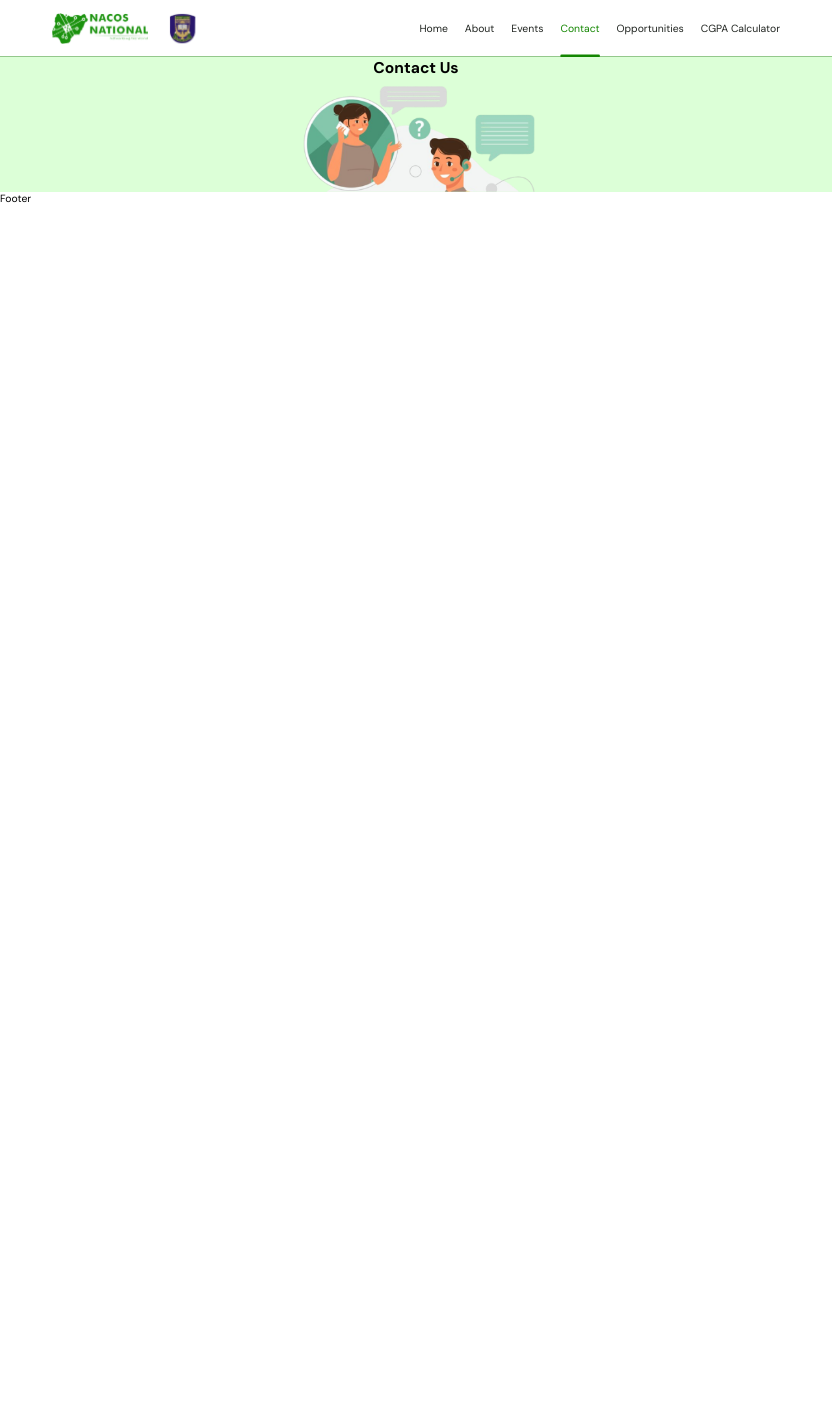
Repository: nacossuil/Uil-Nacos-Web
Page: /contact (app in frontend/)
An editor plug-in stored every save of this project. The page is shown before and after the next save, followed by the edit.
The browser window is 1280 px wide. The pictures show the whole page, at 65% of full size.
The project was rebuilt for these pictures with package versions that can differ from the ones it lists, and the page was loaded fresh each time. Also part of the build but not shown: frontend/vite.config.js, frontend/src/pages/Home/HomePage.jsx, frontend/src/pages/About/AboutPage.jsx, frontend/src/pages/Events/EventsPage.jsx, frontend/src/pages/Opportunities/OpportunitiesPage.jsx, frontend/src/pages/CgpaCalculator/CgpaCalculatorPage.jsx.

Above is the page before, as saved 2023-11-13 23:36:19.

### frontend/index.html
<!doctype html>
<html lang="en">

<head>
  <meta charset="UTF-8" />
  <link rel="icon" type="image/svg+xml" href="./src/assets/nacos-logo.svg" />
  <meta name="viewport" content="width=device-width, initial-scale=1.0" />
  <title>Vite + React</title>
</head>

<body>
  <div id="root"></div>
  <script type="module" src="/src/main.jsx"></script>
</body>

</html>

### frontend/src/App.jsx
import { useState } from "react";
import "./App.css";
import Navbar from "./components/Navbar/Navbar";
import { Routes, Route } from "react-router-dom";
import HomePage from "./pages/Home/HomePage";
import ContactPage from "./pages/Contact/ContactPage";
import Footer from "./components/Footer/Footer";
import AboutPage from "./pages/About/AboutPage";
import EventsPage from "./pages/Events/EventsPage";
import OpportunitiesPage from "./pages/Opportunities/OpportunitiesPage";
import CgpaCalculatorPage from "./pages/CgpaCalculator/CgpaCalculatorPage";
import ScrollToTop from "./assets/up-arrow-icon.svg?react";
function App() {
  const [scrollToTopVisible, setScrollToTopVisible] = useState(false);

  const toggleVisible = () => {
    const scrolled = document.documentElement.scrollTop;
    if (scrolled > 300) {
      setScrollToTopVisible(true);
    } else if (scrolled <= 300) {
      setScrollToTopVisible(false);
    }
  };

  const scrollToTop = () => {
    window.scrollTo({
      top: 0,
      behavior: "smooth",
    });
  };
  window.addEventListener("scroll", toggleVisible);
  return (
    <main>
      <Navbar />
      <Routes>
        <Route path="/" element={<HomePage />} />
        <Route path="/about" element={<AboutPage />} />
        <Route path="/events" element={<EventsPage />} />
        <Route path="/contact" element={<ContactPage />} />
        <Route path="/opportunities" element={<OpportunitiesPage />} />
        <Route path="/calculator" element={<CgpaCalculatorPage />} />
      </Routes>
      <Footer />
      {scrollToTopVisible ? (
        <div
          className="scroll-to-top-icon"
          onClick={() => {
            scrollToTop();
          }}
        >
          <ScrollToTop />
        </div>
      ) : null}
    </main>
  );
}

export default App;

### frontend/src/index.css
@import url('https://fonts.googleapis.com/css2?family=DM+Sans:opsz,wght@9..40,300;9..40,400;9..40,500;9..40,600;9..40,700&family=Mulish:wght@200;300;400;500;600;700&display=swap');
:root {
  font-size: 16px;
}
*{
  box-sizing: border-box;
  margin: 0;
  padding: 0;
}
body {
  margin: 0;
}

### frontend/src/App.css
@import url('https://fonts.googleapis.com/css2?family=DM+Sans&display=swap');

body {
  font-family: 'DM Sans', sans-serif;
}

main {
  position: relative;
  min-height: 300vh;
}

.scroll-to-top-icon {
  position: fixed;
  bottom: 16.1875rem;
  right: 6.25rem;
}

### frontend/src/components/Navbar/Navbar.jsx
import { useState } from "react";
import "./Navbar.css";
import { NavLink, Link } from "react-router-dom";

const Navbar = () => {
  // An array which contains link objects.
  // This makes it easier to add/remove links without having to tamper with existing markup
  const links = [
    {
      title: "Home",
      path: "/",
    },
    {
      title: "About",
      path: "/about",
    },
    {
      title: "Events",
      path: "/events",
    },
    {
      title: "Contact",
      path: "/contact",
    },
    {
      title: "Opportunities",
      path: "/Opportunities",
    },
    {
      title: "CGPA Calculator",
      path: "/calculator",
    },
  ];
  //state to keep track of the scroll position.
  const [scrolled, setScrolled] = useState(false);

  // function to toggle state when scrolled
  const toggle = () => {
    if (window.scrollY > 40) {
      setScrolled(true);
    } else {
      setScrolled(false);
    }
  };
  window.addEventListener("scroll", toggle);

  return (
    <header className={scrolled ? "scrolled" : ""}>
      <Link to={"/"}>
        <div>
          <img src="/src/assets/nacos-logo.svg" alt="" />
          <img src="/src/assets/unilorin-logo.svg" alt="" />
        </div>
      </Link>
      <nav>
        {/* Mapping over the links array and generating individual links
        The key for each link is it's title  */}
        {links.map((link) => (
          <NavLink to={link.path} key={link.title} end>
            {link.title}
          </NavLink>
        ))}
      </nav>
    </header>
  );
};

export default Navbar;

### frontend/src/pages/Contact/ContactPage.jsx
import './ContactPage.css'
import Img from '../../assets/customer-support.png'

const ContactPage = () => {
  return (
    <section className="c-wrapper">
      <div className="c-container">
        <div className="first">
          <div className="c-heading">
            <h1>Contact Us</h1>
          </div>
          <div className="image-container">
            <img src={Img} alt="bgImg" />
          </div>
        </div>
      </div>
    </section>
  )
}

export default ContactPage

### frontend/src/components/Footer/Footer.jsx
const Footer = () => {
  return (
    <footer>Footer</footer>
  )
}

export default Footer

### frontend/src/components/Navbar/Navbar.css
/* Making minimal use of classes to avoid class colision issues and specificity problems */

header {
    height: 5.5rem;
    width: 100%;
    display: flex;
    justify-content: space-between;
    align-items: center;
    font-family: 'DM Sans', sans-serif;
    font-size: 1rem;
    padding-inline: 5rem;
    border-bottom: solid 1px #138601;
    position: sticky;
    top: 0;
    transition: background .3s;
}

nav {
    display: flex;
    gap: 1.625rem;
    /*gap provided in the desing*/

}

nav a {
    color: #212521;
    text-decoration: none;
    position: relative;
}

header div {
    display: flex;
    gap: 2rem;
}

nav a.active {
    color: #138601;
}

/* using the after pseudo-class to create horizontal bars beneath active links */
nav a.active::after {
    content: '';
    position: absolute;
    bottom: -2.125rem;
    left: 0;
    background-color: #138601;
    width: 100%;
    height: 0.25rem;
    border-radius: 0.375rem;
}

/* utility class to change background of navigation on scroll */
header.scrolled {
    background-color: #FFFFFF;
}

### frontend/src/pages/Contact/ContactPage.css
.c-wrapper {
    position: relative;
}

.c-container {
    background: #dcffd7;
    display: flex;
    flex-wrap: wrap;
    justify-content: center;
    align-items: center;
    text-align: center;
}

.c-heading {

}

### frontend/src/pages/Opportunities/Opportunitiespage.css
.opportunities {
  /*###### CUSTOM VARIABLES ######*/
  --color-primary-tint: hsla(112, 99%, 92%);
  --color-primary-shade: hsl(112, 99%, 26%);
  --text-color: hsla(120, 6%, 14%, 1);
  --text-color-light: hsla(108, 10%, 10%, 0.8);

  --font-family: "DM Sans", sans-serif;

  --fs-heading: 2.5rem;
  --fs-text-md: 1rem;
  --fs-text-lg: 1.75rem;
  --fs-text-sm: 0.875rem;

  --line-height-text: 1.6;
  --btn-radius: 3vw;

  /* GlOBAL STYLINGS */
  font-family: var(--font-family);
}

/*###### GLOBAL RESETS ######*/
* {
  box-sizing: border-box;
  margin: 0;
  padding: 0;
}

.opportunities > * {
  font-family: inherit;
}

img {
  /* Making images responsive */
  display: block;
  max-width: 100%;
}

/*###### RE-USABLE CLASSES ######*/
.container {
  /* max-width: Ideal width not decided yet */
  width: 85%;
  margin-inline: auto;
}

.heading {
  font-size: var(--fs-heading);
  font-weight: 600;
  margin-bottom: 2rem;
}

.text-md {
  font-size: var(--fs-text-md);
  font-weight: 500;
  line-height: var(--line-height-text);
  margin-bottom: 2rem;
}

.btn {
  display: inline-block;
  padding: 0.75em 1.5em;
  font-size: var(--fs-text-md);
  font-weight: 500;
  color: var(--color-primary-tint);
  background-color: var(--color-primary-shade);
  border: 0;
  border-radius: var(--btn-radius);
  cursor: pointer;
}

/*##### INTRO SECTION #####*/
.section-intro {
  padding-block: 3rem;
  background-color: var(--color-primary-tint);
}

.intro__content {
  display: grid;
  grid-template-columns: repeat(2, 1fr);
  align-items: center;
}

.intro__content-img-box {
  display: grid;
  place-items: center;
}

.intro__content-img-box img {
  width: 80%;
}

Loaded but not shown: frontend/src/main.jsx (common file)

After the next save:
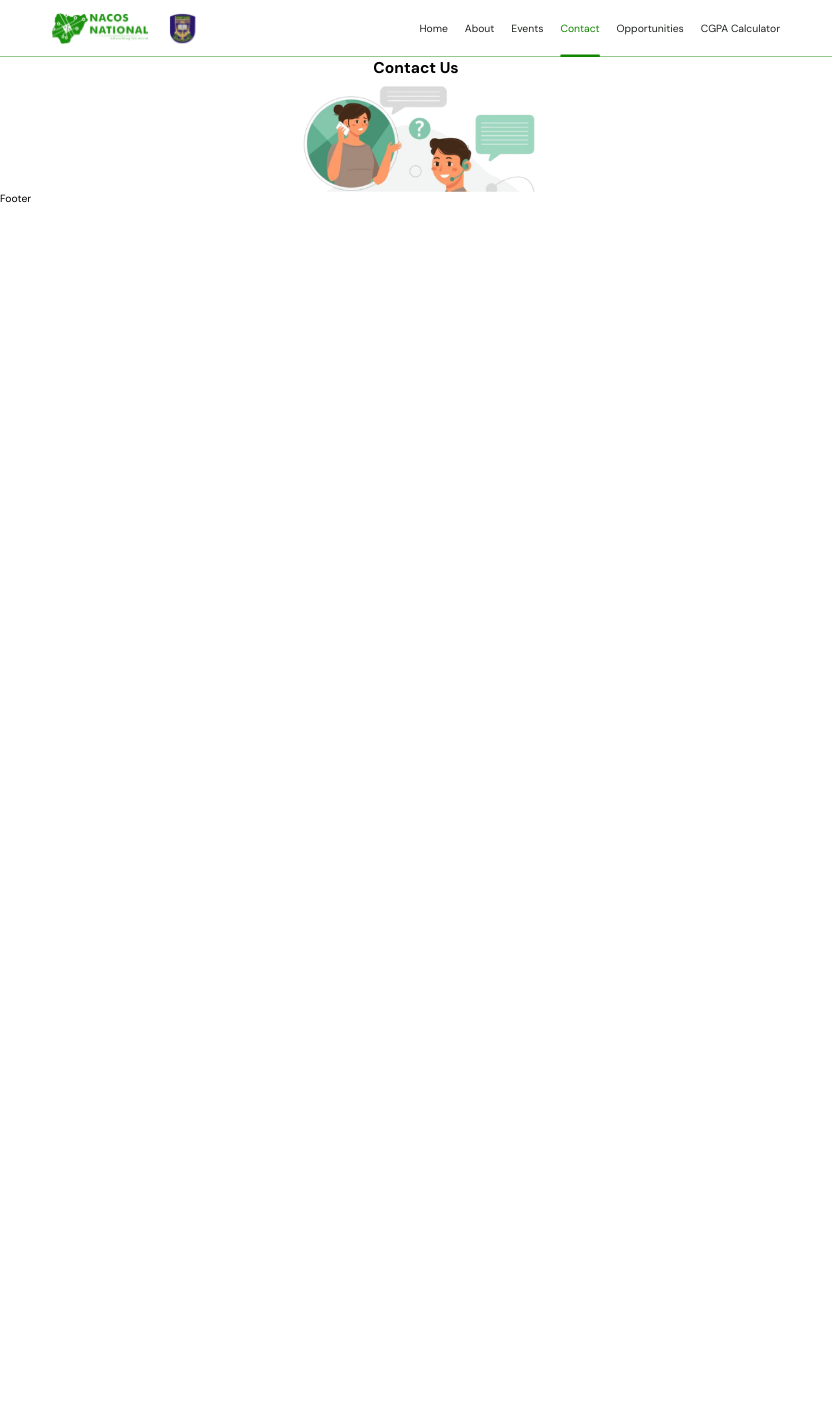
Saved 22 s later.
--- a/frontend/src/pages/Contact/ContactPage.css
+++ b/frontend/src/pages/Contact/ContactPage.css
@@ -3,7 +3,7 @@
 }
 
 .c-container {
-    background: #dcffd7;
+    background: #dcffd7, url();
     display: flex;
     flex-wrap: wrap;
     justify-content: center;
@@ -11,6 +11,4 @@
     text-align: center;
 }
 
-.c-heading {
-
-}
+.c-heading {}
